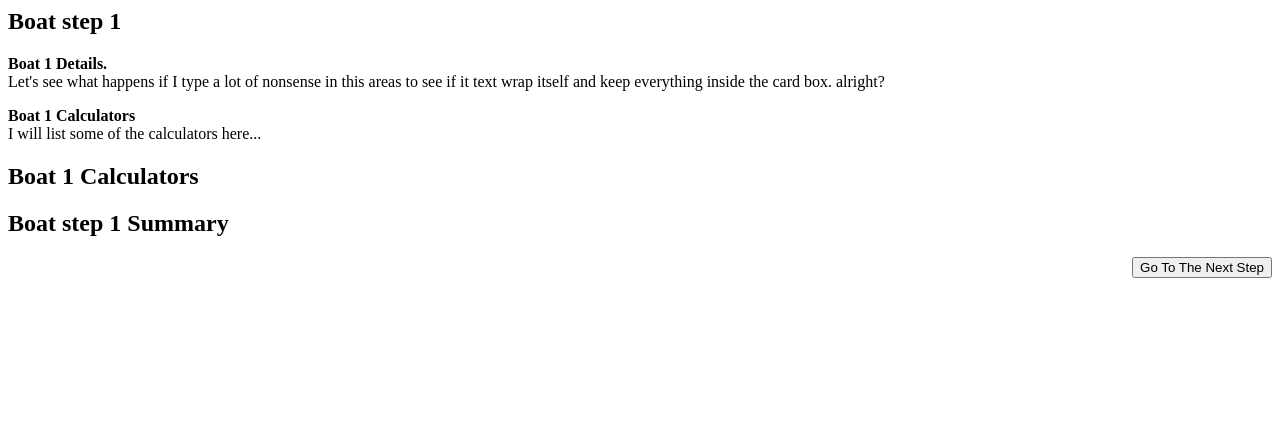
Repository: DevZubair/ionic-test
Page: www/templates/boat1.html
The author's editor kept a record of every edit. The page is drawn from the files as they stood at one moment, then again after the next edit.
The browser window is 1280 px wide. The pictures show the whole page.

Above is the page before.

After the next edit:
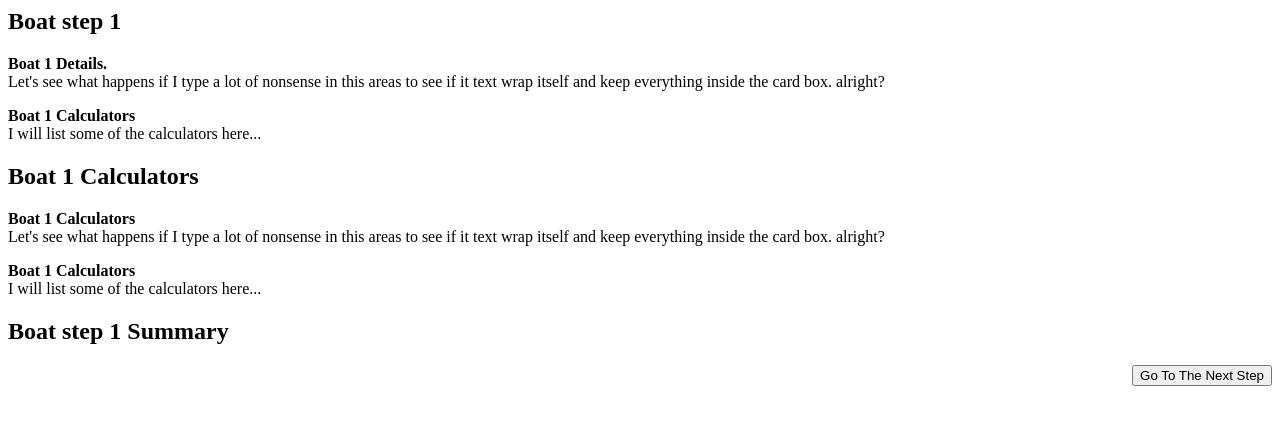
The edit:
--- a/www/templates/boat1.html
+++ b/www/templates/boat1.html
@@ -24,7 +24,15 @@
         <h2>Boat 1 Calculators</h2>
       </div>
 
+      <div class="item item-text-wrap">
+        <p><b>Boat 1 Calculators</b> <br>
+        Let's see what happens if I type a lot of nonsense in this areas to see if it text wrap itself and keep everything inside the card box. alright? </p>
+        <p></p>
 
+        <p><b>Boat 1 Calculators</b><br>
+        I will list some of the calculators here...
+        </p>
+      </div>
 
       </div>
       <div class="item item-divider">
